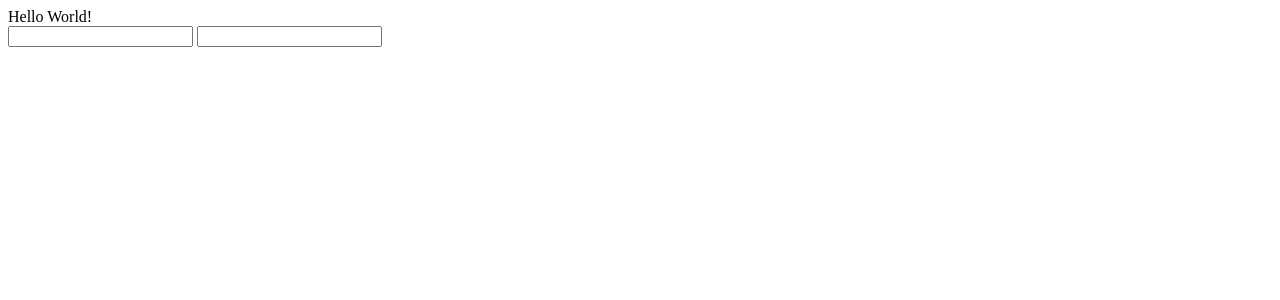
Repository: jiyeong1004/JSP_Login
Page: http://localhost/HelloWorld/
These files come from the project's save history. The page is drawn as it stood at one moment and after the next save; the edit follows.
The browser window is 1280 px wide. The pictures show the whole page.
The page is served by Tomcat 9. Other server files are loaded and not shown.

Above is the page before, as saved 2021-04-04 02:35:03.

### HelloWorld/WebContent/index.jsp
<%@ page language="java" contentType="text/html; charset=EUC-KR"
    pageEncoding="EUC-KR"%>
<!DOCTYPE html>
<html>
<head>
<meta charset="EUC-KR">
<title>우리의 첫 번째 페이지</title>
</head>
<body>
	Hello World!
	<form action="./userJoinAction.jsp" method="post">
		<input type="text" name="userID">
		<input type="password" name="userPassword">

	</form>
</body>
</html>

After the next save:
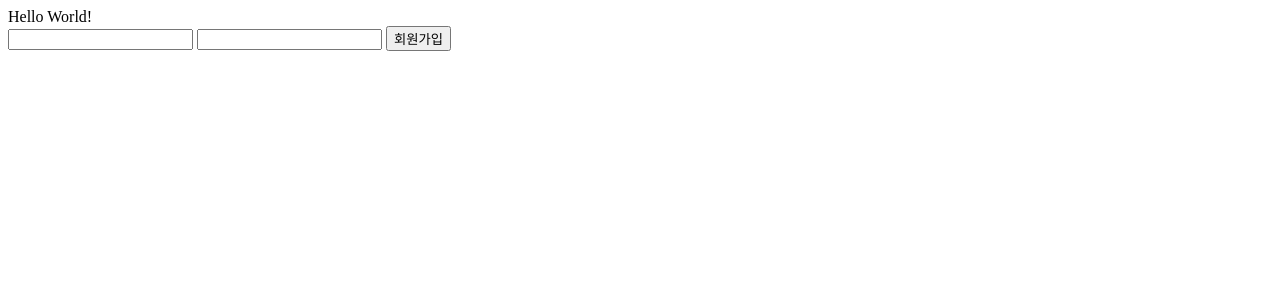
Saved 36 s later.
--- a/HelloWorld/WebContent/index.jsp
+++ b/HelloWorld/WebContent/index.jsp
@@ -11,7 +11,7 @@
 	<form action="./userJoinAction.jsp" method="post">
 		<input type="text" name="userID">
 		<input type="password" name="userPassword">
-
+		<input type="submit" value="회원가입">
 	</form>
 </body>
 </html>
